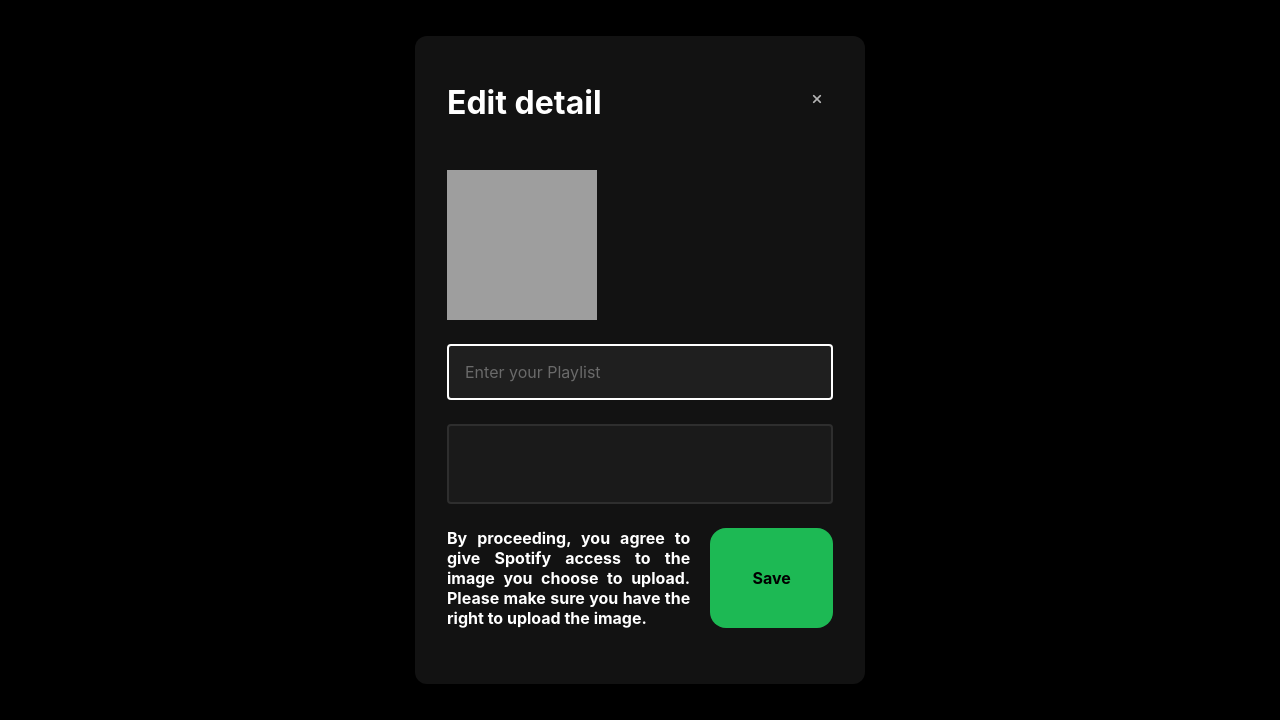
Repository: lannguyen1301/f8-zoom-module2
Page: nhap.html
An editor plug-in stored every save of this project. The page is shown before and after a run of saves, followed by the edit.
The browser window is 1280 px wide. The pictures show the whole page.
Pictures or frames that could not be fetched are drawn as grey boxes.

Above is the page before, as saved 2025-08-15 23:23:42.

After the next 2 saves:
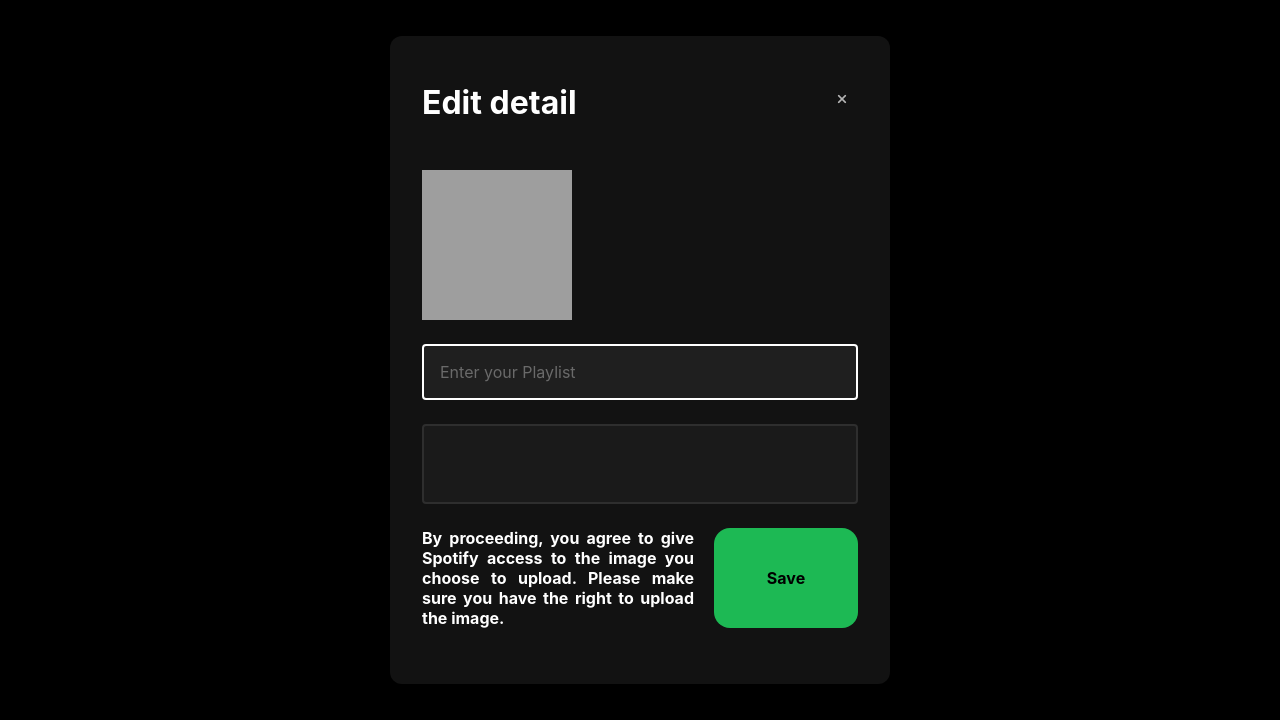
The 2 saves are shown as one change because they came seconds apart.
The last was saved 31 s later.
--- a/nhap.html
+++ b/nhap.html
@@ -90,10 +90,10 @@
 
 <body>
     <div class="modal-overlay show" id="authModal">
-        <div class="modal-container">
+        <div class="modal-container modal-content-edit">
 
 
-            <div class="modal-content modal-content-edit">
+            <div class="modal-content">
                 <!-- <div class="modal-logo">
                     <i class="fab fa-spotify"></i>
                 </div> -->
